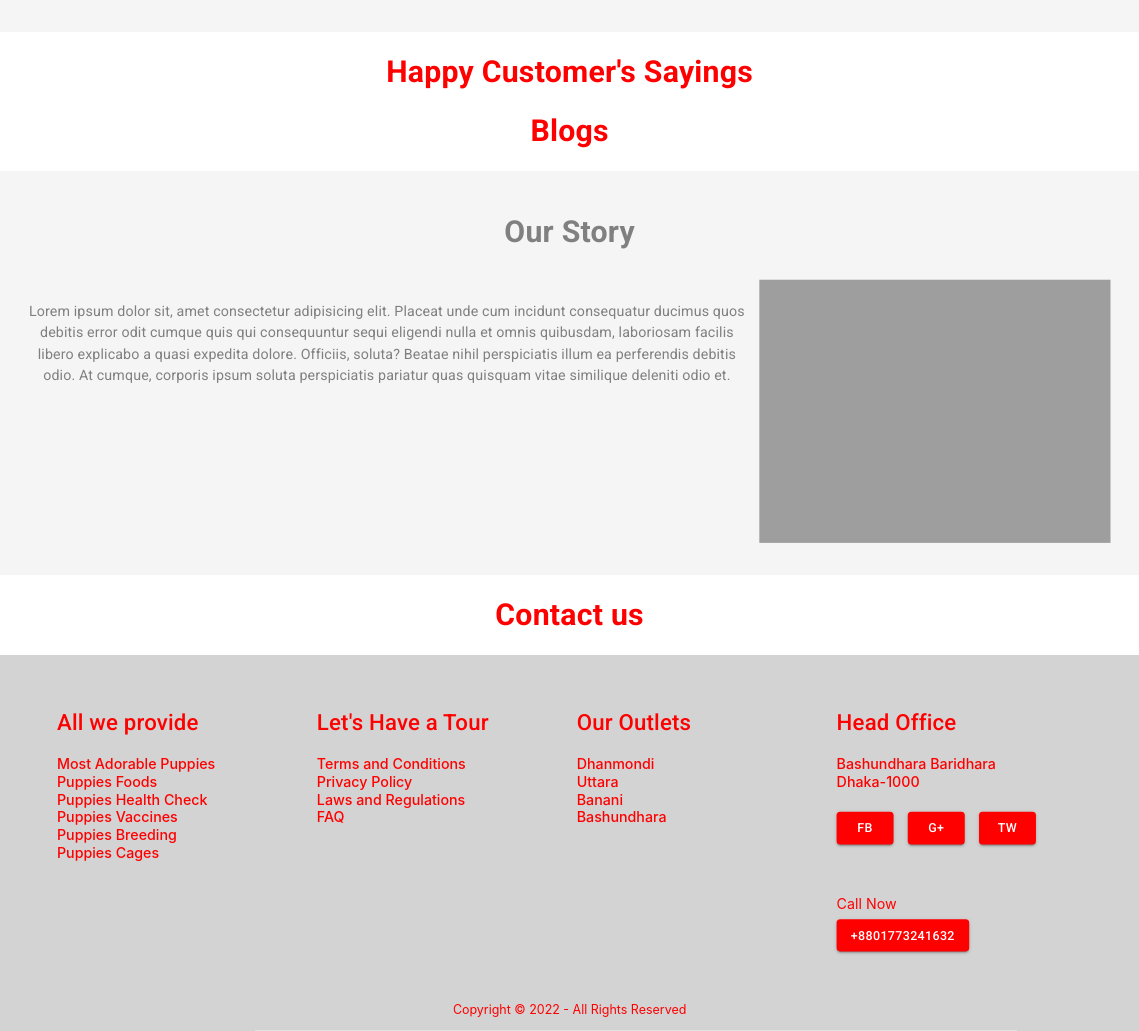
Repository: Sharif-00112/dogos-paradise-client
Page: /
These files come from the project's save history. The page is drawn as it stood at one moment and after the next save; the edit follows.
The browser window is 1280 px wide. The pictures show the part of the page from y = 1582 to 2740 px (the page is 2740 px tall), at 89% of full size.
Pictures or frames that could not be fetched are drawn as grey boxes. The page's requests for data from a server got no answer. The project was rebuilt for these pictures with package versions that can differ from the ones it lists, and the page was loaded fresh each time. No one was signed in, and anything a server would have sent is missing. Also part of the build but not shown: src/Pages/Home/Dog/Dog.js, src/Pages/Login/Login/Login.js, src/Pages/Login/Register/Register.js, src/Pages/NotFound/NotFound.js.

Above is the page before, as saved 2022-12-05 22:32:38.

After the next save:
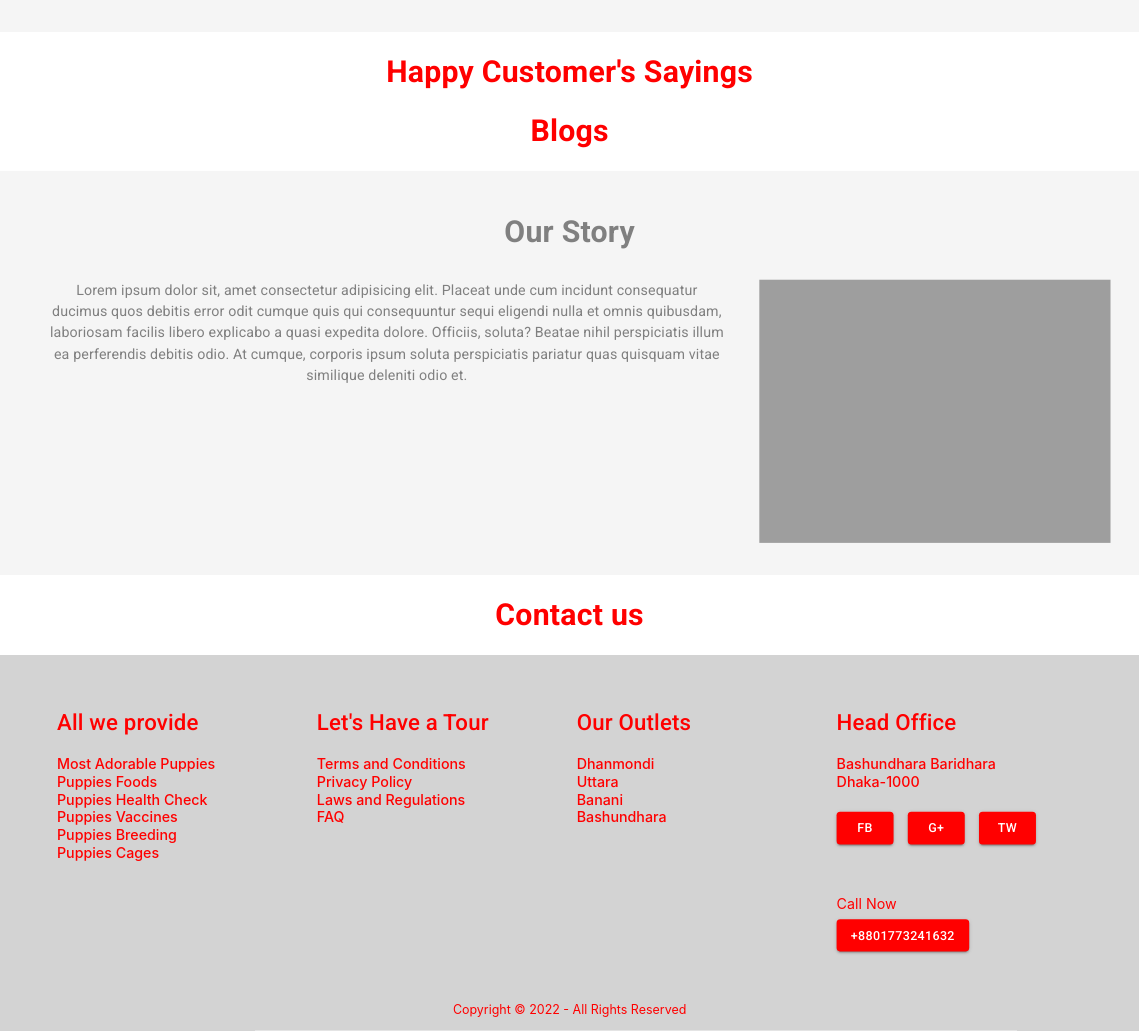
Saved 26 s later.
--- a/src/Pages/Home/About/About.js
+++ b/src/Pages/Home/About/About.js
@@ -12,7 +12,7 @@ const About = () => {
         <Box sx={{ flexGrow: 1 }}>
             <Grid container spacing={2}>
                 <Grid xs={6} md={8}>
-                    <Typography sx={{ my:3, color: 'gray', fontWeight: 400 }} variant="body1" component="div">
+                    <Typography sx={{ mx: 3, color: 'gray', fontWeight: 400 }} variant="body1" component="div">
                         Lorem ipsum dolor sit, amet consectetur adipisicing elit. Placeat unde cum incidunt consequatur ducimus quos debitis error odit cumque quis qui consequuntur sequi eligendi nulla et omnis quibusdam, laboriosam facilis libero explicabo a quasi expedita dolore. Officiis, soluta? Beatae nihil perspiciatis illum ea perferendis debitis odio. At cumque, corporis ipsum soluta perspiciatis pariatur quas quisquam vitae similique deleniti odio et.
                     </Typography>
                 </Grid>
